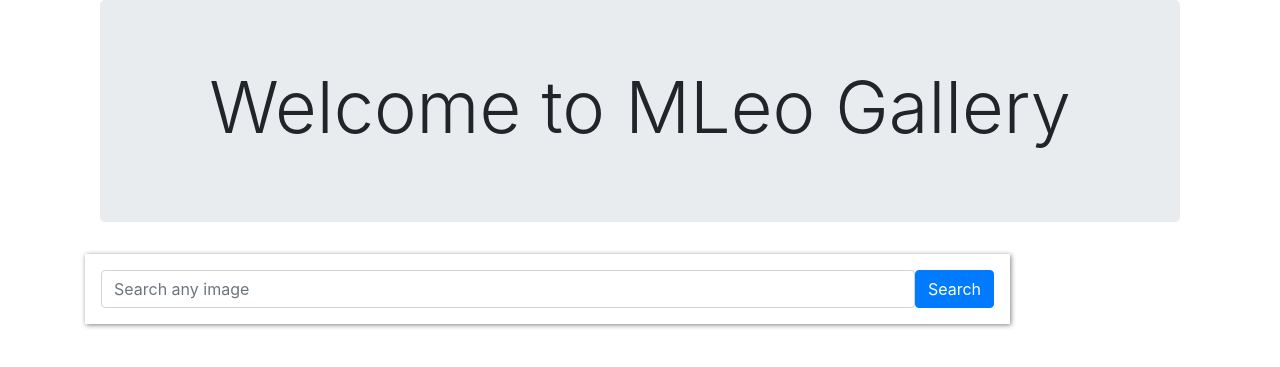
Repository: the-manohar/gallery
Page: /
The author's editor kept a copy of each file at every save. The page is drawn from the files as they stood at one save, then again after the next save.
The browser window is 1280 px wide. The pictures show the whole page.
The project was rebuilt for these pictures with package versions that can differ from the ones it lists, and the page was loaded fresh each time.

Above is the page before, as saved 2020-06-18 23:57:31.

### src/index.js
import React from "react";
import ReactDOM from "react-dom";
import "./index.css";
import "bootstrap/dist/css/bootstrap.css";
import App from "./App";
import * as serviceWorker from "./serviceWorker";

ReactDOM.render(
  <React.StrictMode>
    <App />
  </React.StrictMode>,
  document.getElementById("root")
);

// If you want your app to work offline and load faster, you can change
// unregister() to register() below. Note this comes with some pitfalls.
// Learn more about service workers: https://bit.ly/CRA-PWA
serviceWorker.unregister();

### src/App.js
import React, { useState } from "react";
import { Button, InputGroup, Input, Jumbotron, Spinner } from "reactstrap";

import "./App.css";

function App() {
  const [value, setValue] = useState("");
  const [result, setResult] = useState([]);
  const fetchImages = () => {
    fetch(
      `https://api.unsplash.com/search/photos/?client_id=V38aA4zOjg1Xb1lBpNRUAK8duXvqwhDHHJbssXB_Pps&query=${value}&orientation=squarish&per_page=18`
    )
      .then((res) => res.json())
      .then((data) => {
        setResult(data.results);
      });
  };
  return (
    <div className="container App">
      <div className="col-md-12 col-sm-10 col-xs-12">
        <Jumbotron>
          <h1 className="display-3">Welcome to MLeo Gallery</h1>
        </Jumbotron>
      </div>
      <div className="d-flex p-3 mydiv col-sm-12 col-md-10 col-xs-3 ">
        <InputGroup>
          <Input
            placeholder="Search any image"
            value={value}
            onChange={(event) => setValue(event.target.value)}
          />
        </InputGroup>
        <Button color="primary" onClick={() => fetchImages()}>
          Search
        </Button>
      </div>
    </div>
  );
}

export default App;

//

### src/App.css
.App {
  text-align: center;
}
.mydiv {
  /* display: flex; */
  /* justify-content: space-around; */
  /* margin: 10px 7%; */
  box-shadow: 1px 1px 5px grey;
  /* padding: 10px; */
}
.gallery {
  display: flex;
  flex-wrap: wrap;
  justify-content: space-around;
}
.item {
  width: 30%;
  margin: 5px;
}

Loaded but not shown: public/index.html (common file); src/index.css (common file); src/serviceWorker.js (common file)

After the next save:
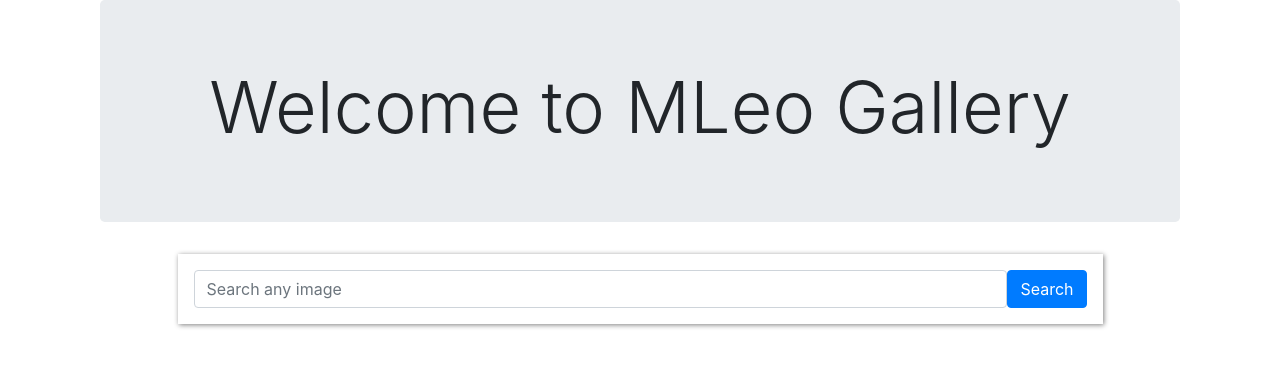
Saved 18 s later.
--- a/src/App.js
+++ b/src/App.js
@@ -22,7 +22,7 @@ function App() {
           <h1 className="display-3">Welcome to MLeo Gallery</h1>
         </Jumbotron>
       </div>
-      <div className="d-flex p-3 mydiv col-sm-12 col-md-10 col-xs-3 ">
+      <div className="d-flex p-3 mx-auto mydiv col-sm-12 col-md-10 col-xs-3 ">
         <InputGroup>
           <Input
             placeholder="Search any image"
